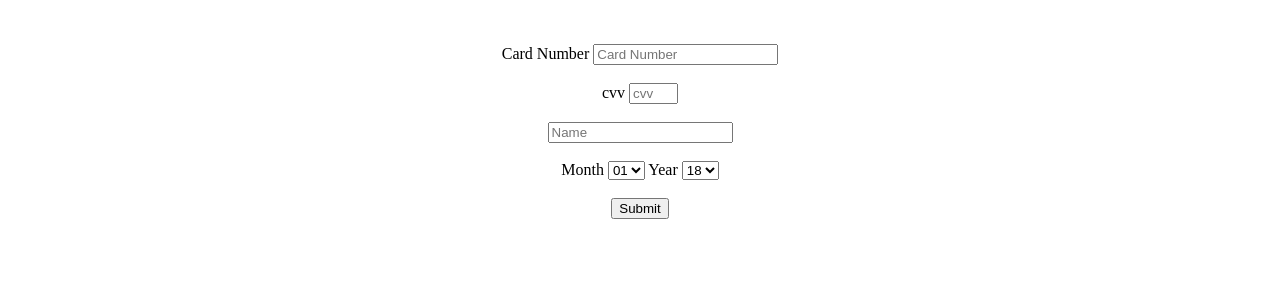
Repository: MalykaK/servlets
Page: CreditCard/WebContent/creditcard.html
These files come from the project's save history. The page is drawn as it stood at one moment and after the next save; the edit follows.
The browser window is 1280 px wide. The pictures show the whole page.

Above is the page before, as saved 2018-09-06 09:41:43.

After the next save:
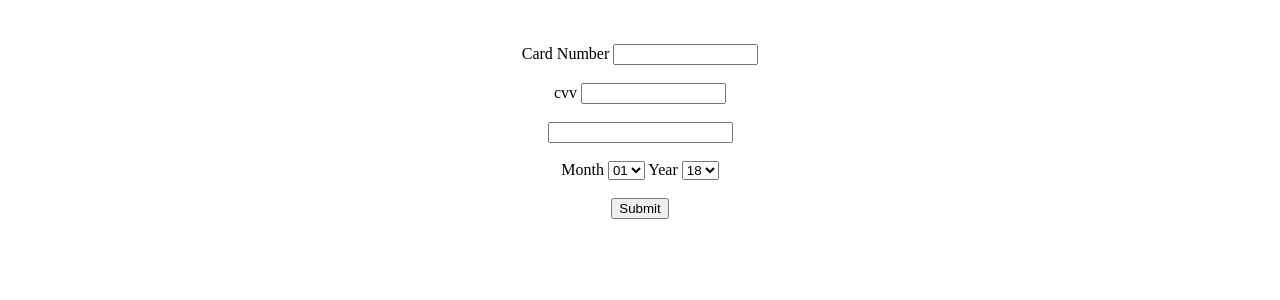
Saved 8 min 9 s later.
--- a/CreditCard/WebContent/creditcard.html
+++ b/CreditCard/WebContent/creditcard.html
@@ -8,10 +8,11 @@
 	<form align="center" action="credit" method="post">
 	<br><br>
 	<label>Card Number</label>
-		<input type="text" required name="cardnumber" placeholder="Card Number" required maxlength="16">
-<br><br><label>cvv</label>
-		<input type="password" required placeholder="cvv" name="cvv" size=3 maxlength="3"><br><br> <input
-			type="text" required name="username" placeholder="Name"><br> <br>
+		<input type="text" name="cardnumber" size="15">
+<br><br>
+<label>cvv</label>
+		<input type="password" name="cvv" size="15"><br><br> <input
+			type="text" name=><br> <br>
 			<label>Month</label>
 			<select
 			name="mm">
